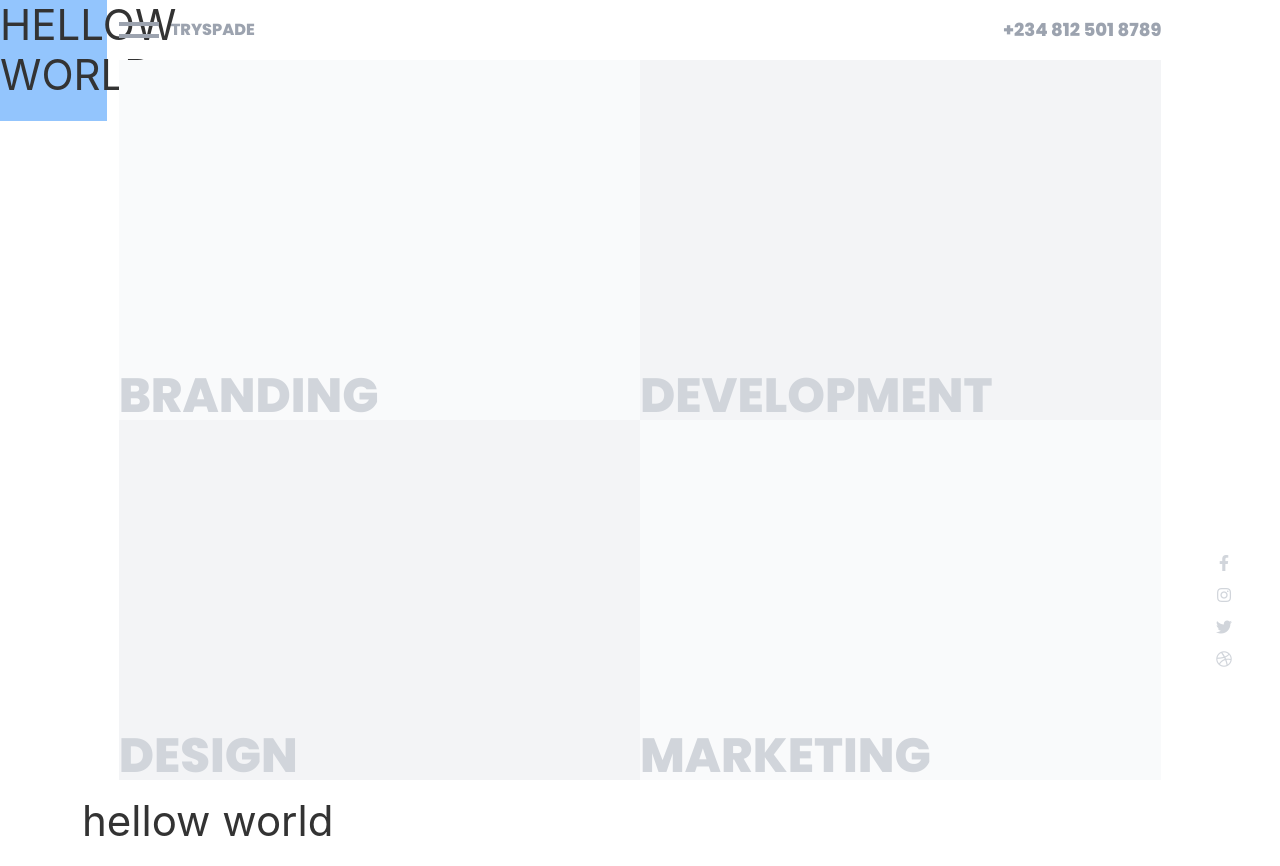
Repository: latenightsnacc/super-octo-fortnight
Page: new.html
The author's editor kept a copy of each file at every save. The page is drawn from the files as they stood at one save, then again after the next save.
The browser window is 1280 px wide. The pictures show the whole page.
Some web libraries are served in a nearby version.

Above is the page before, as saved 2021-03-01 13:10:15.

After the next save:
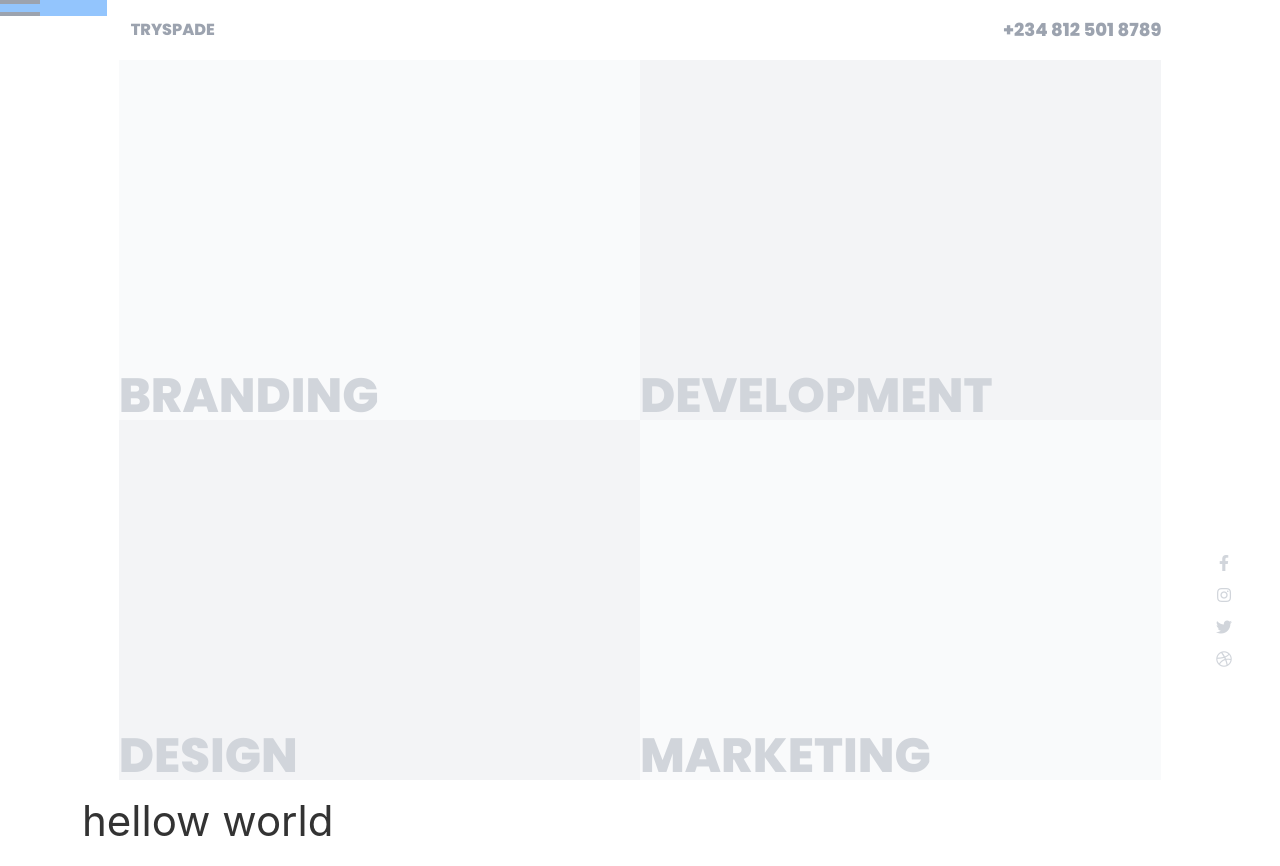
Saved 46 s later.
--- a/new.html
+++ b/new.html
@@ -26,7 +26,10 @@
 <body>
     <div class="flex flex-row min-h-screen">
         <div class="w-1/12 bg-blue-300 h-full">
-            <h1>HELLOW WORLD</h1>
+            <div class="flex flex-col">
+                <span class="w-10 border-2 border-gray-400 mb-2"></span>
+                <span class="w-10 border-2 border-gray-400"></span>
+            </div>
         </div>
         <div class="w-10/12">
             <!--HEADER-->
@@ -34,10 +37,7 @@
                 <div class="container">
                     <div class="flex flex-row py-3 items-center">
                         <div class="w-1/2 flex flex-row items-center">
-                            <div class="flex flex-col">
-                                <span class="w-10 border-2 border-gray-400 mb-2"></span>
-                                <span class="w-10 border-2 border-gray-400"></span>
-                            </div>
+
                             <div class="ml-3 uppercase font-bold text-gray-400">tryspade</div>
                         </div>
                         <div class="w-1/2 flex flex-row items-center justify-end">
